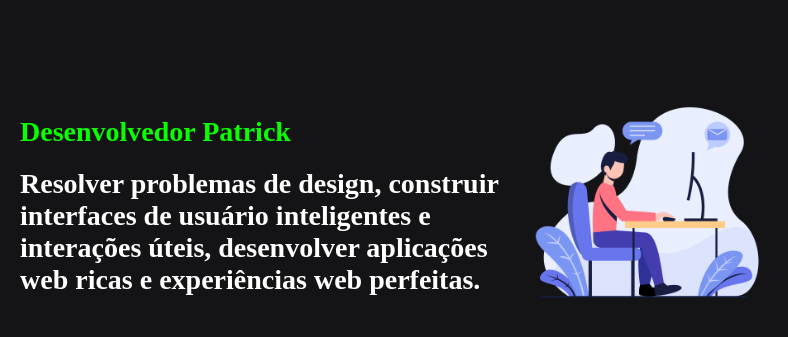
Repository: PatrickAlmeida007/aula1811
Page: index.html
These files come from the project's save history. The page is drawn as it stood at one moment and after the next save; the edit follows.
The browser window is 768 px wide. The page is 788 px wide, then 768 px, so the pictures cover 788 px, including what lies to the right of the window. The pictures show the whole page.

Above is the page before, as saved 2023-11-18 16:55:49.

After the next save:
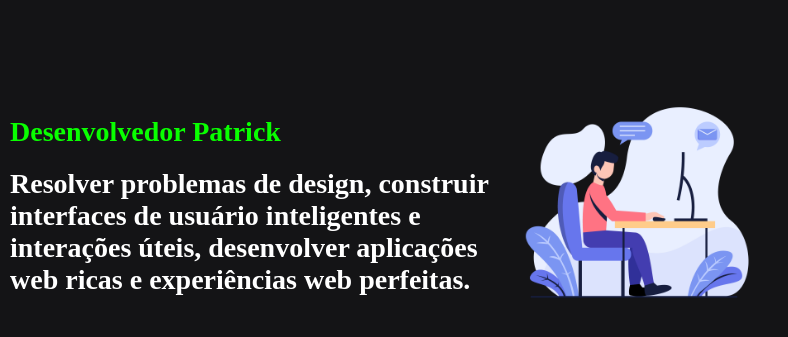
Saved 13 min 17 s later.
--- a/style.css
+++ b/style.css
@@ -98,7 +98,7 @@ table {
 
 @media (max-width: 768px){
     .container{
-        padding: 0 20px;
+        padding: 0 10px;
         width: calc(100% - 20px);
     }
 
